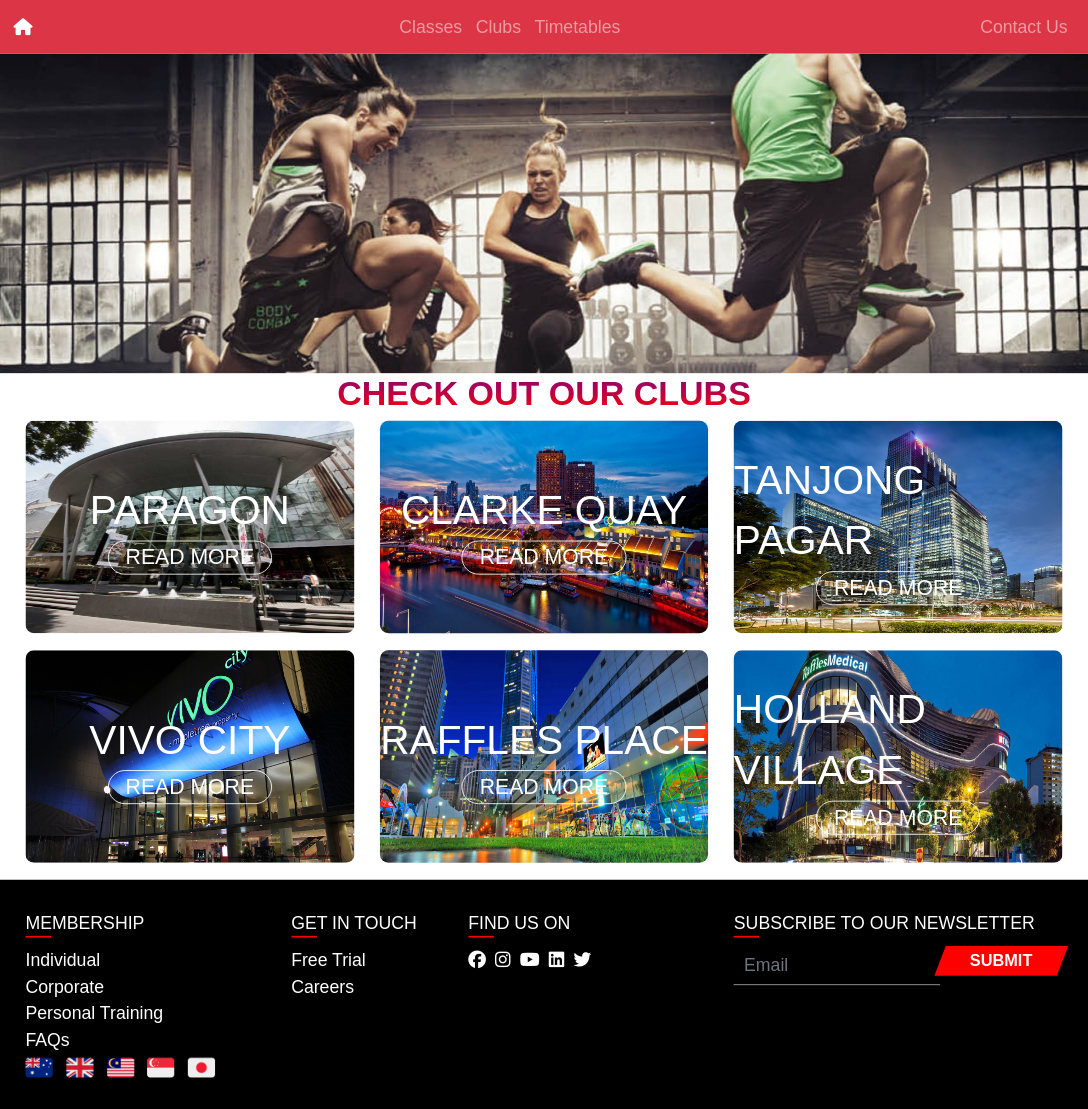
Repository: KJY93/User_Centric_Frontend_Development_Project
Page: clubs.html
The author's editor kept a record of every edit. The page is drawn from the files as they stood at one moment, then again after the next edit.
The browser window is 1280 px wide. The pictures show the whole page, at 85% of full size.
Some web fonts or font styles are not loaded; a fallback is used. Some web libraries are served in a nearby version.

Above is the page before.

After the next edit:
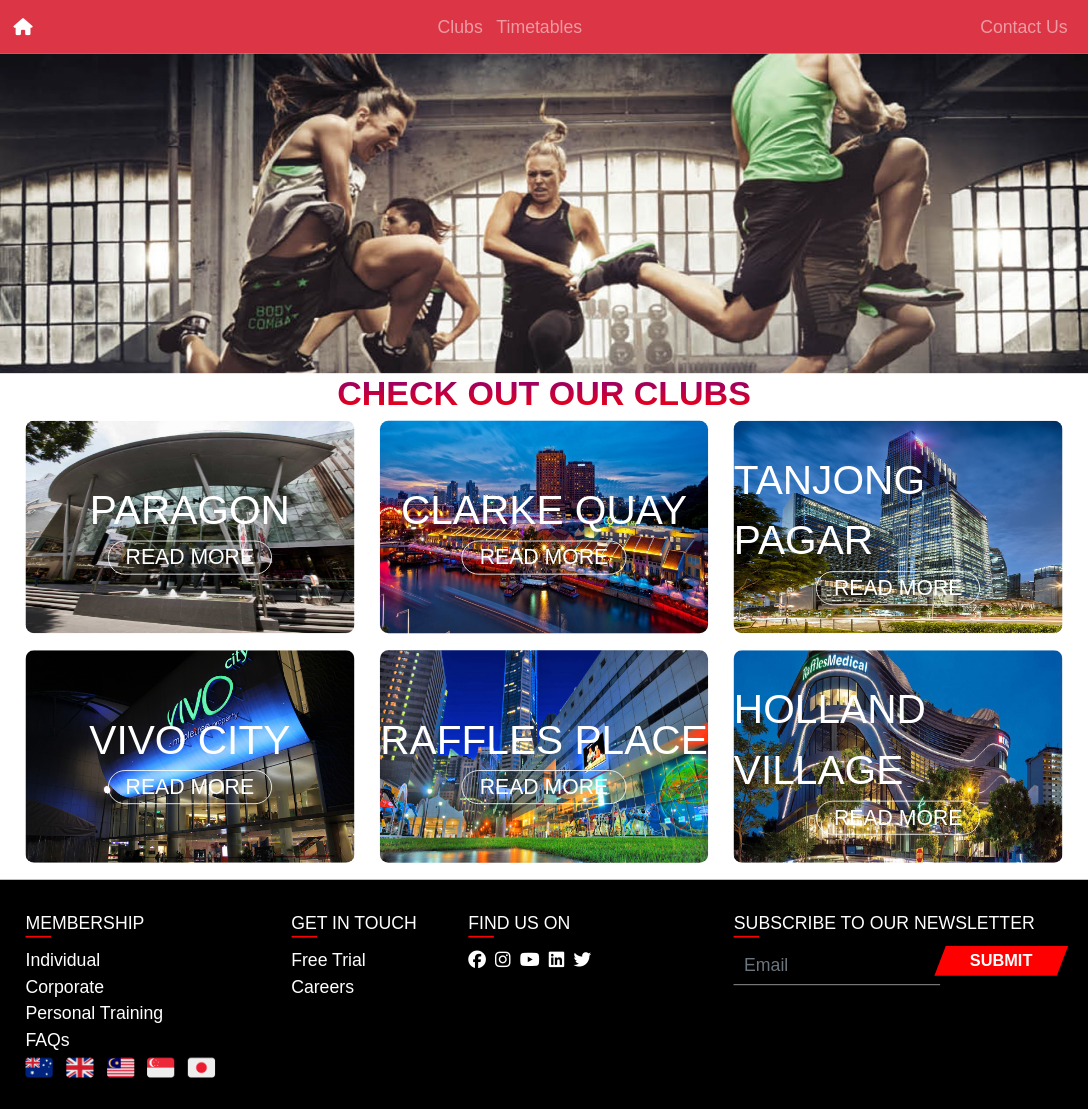
The edit:
--- a/clubs.html
+++ b/clubs.html
@@ -37,9 +37,6 @@
 			  	</button>
 			  	<div class="collapse navbar-collapse" id="navbarNav">
 			    	<ul class="navbar-nav ml-auto">
-			      		<li class="nav-item ">
-			        		<a class="nav-link" href="#">Classes</a>
-			      		</li>
 			      		<li class="nav-item">
 			        		<a class="nav-link" href="#">Clubs</a>
 			      		</li>
